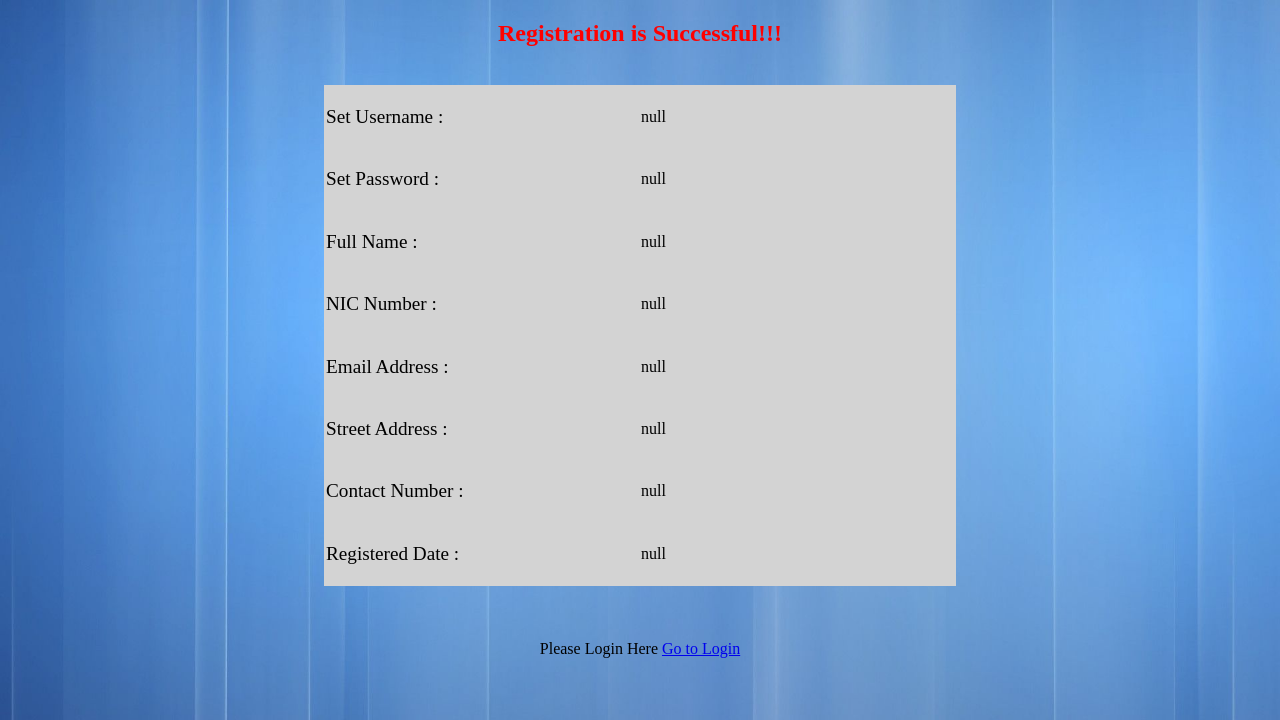
Repository: nirmaniPathiranage/CSSE-Procurement-Management
Page: http://localhost/Item_Management/Welcome.jsp
An editor plug-in stored every save of this project. The page is shown before and after the next save, followed by the edit.
The browser window is 1280 px wide. The pictures show the whole page.
The page is served by Tomcat 9. Other server files are loaded and not shown.

Above is the page before, as saved 2019-09-29 18:43:24.

### Item_Management/WebContent/Welcome.jsp
<%@ page language="java" contentType="text/html; charset=ISO-8859-1"
	pageEncoding="ISO-8859-1"%>
<!DOCTYPE html>
<html>
<head>
<meta http-equiv="Content-Type" content="text/html; charset=ISO-8859-1">
<title>Welcome Registration</title>
<style>
body{

	background:url('back.jpg');
	background-size: cover;
}

td{
	width:30%;
	height:50px;
}

table#nat {
	width: 50%;
	background-color:lightgray;
}
</style>
</head>
<body>
	<h2>
		<center>
			<font color="red">Registration is Successful!!!</font>
		</center>
	</h2>
	<br>
	<%
		String userName = request.getParameter("username");
		String passWord = request.getParameter("password");
		String fullName = request.getParameter("fullname");
		String NICno = request.getParameter("nicno");
		String emailAddress = request.getParameter("emailaddress");
		String streetAddress = request.getParameter("streetaddress");
		String contactNo = request.getParameter("contactno");
		String regDate = request.getParameter("regdate");
	%>
	<table id="nat" align="center" border="0" cellpadding="0" style:width="50%">
		<tr height="0px">
			<td><p style="font-size: larger">Set Username  : </td>
			<td><%=userName%></td>
		</tr>
		<tr height="0px">
			<td><p style="font-size: larger">Set Password  : </td>
			<td><%=passWord%></td>
		</tr>
		<tr height="0px">
			<td><p style="font-size: larger">Full Name  : </td>
			<td><%=fullName%></td>
		</tr>
		<tr height="0px">
			<td><p style="font-size: larger">NIC Number  : </td>
			<td><%=NICno%></td>
		</tr>
		<tr height="0px">
			<td><p style="font-size: larger">Email Address  : </td>
			<td><%=emailAddress%></td>
		</tr>
		<tr height="0px">
			<td><p style="font-size: larger">Street Address  : </td>
			<td><%=streetAddress%></td>
		</tr>
		<tr height="0px">
			<td><p style="font-size: larger">Contact Number  : </td>
			<td><%=contactNo%></td>
		</tr>
		<tr height="0px">
			<td><p style="font-size: larger">Registered Date  : </td>
			<td><%=regDate%></td>
		</tr>
	</table>
	<br>
	<br>
	<br><center>Please Login Here
	<a href='Login.jsp'>Go to Login</a></center>
</body>
</html>

After the next save:
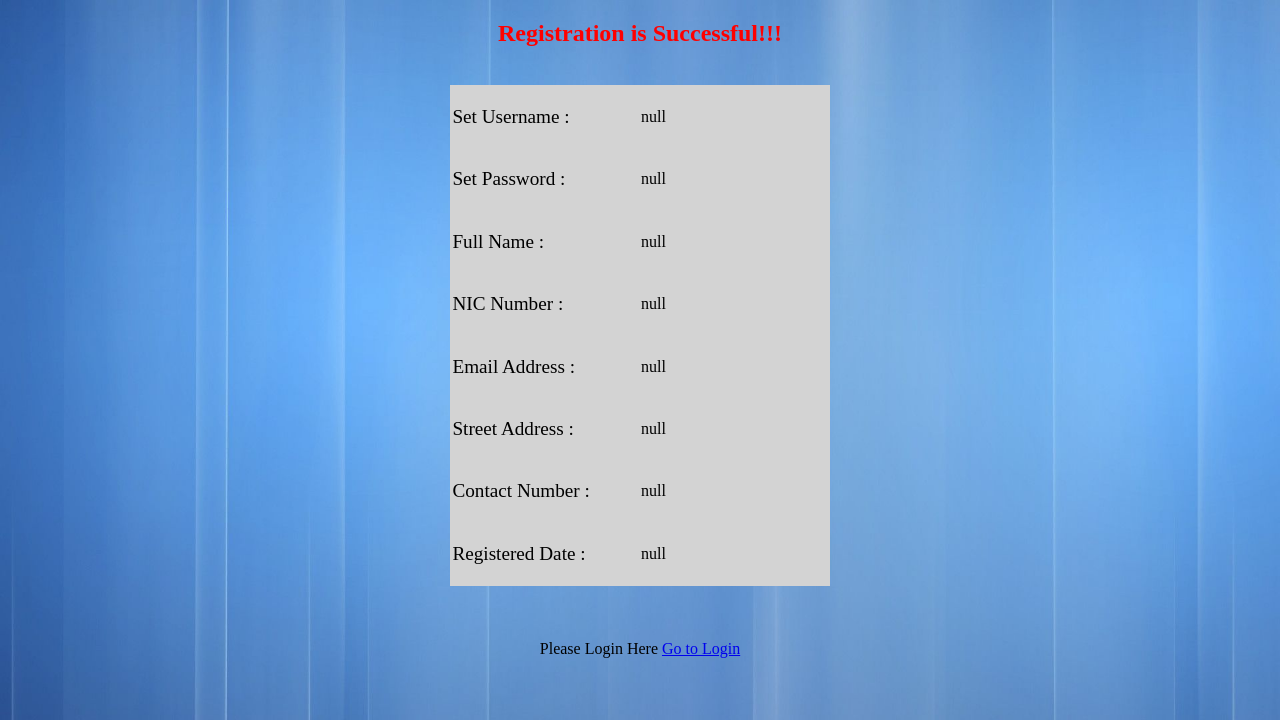
Saved 19 s later.
--- a/Item_Management/WebContent/Welcome.jsp
+++ b/Item_Management/WebContent/Welcome.jsp
@@ -18,7 +18,7 @@ td{
 }
 
 table#nat {
-	width: 50%;
+	width: 30%;
 	background-color:lightgray;
 }
 </style>
